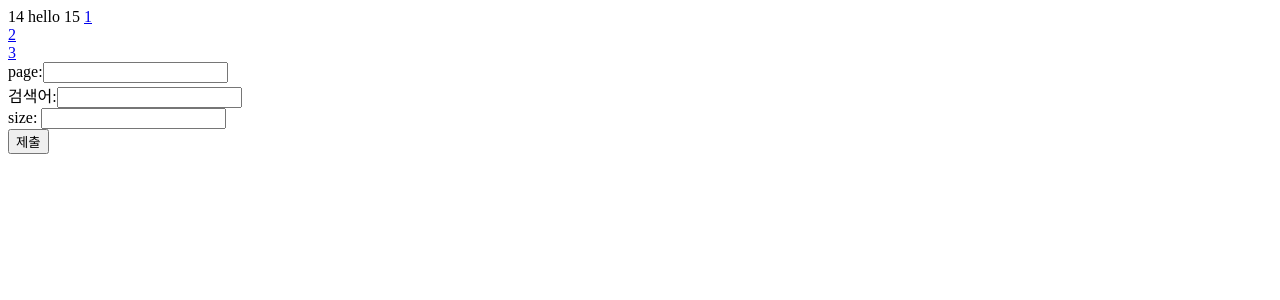
Repository: 12hongkildong/ttest
Page: http://localhost/webPrj/input?p=14&q=hello&s=15
The author's editor kept a copy of each file at every save. The page is drawn from the files as they stood at one save, then again after the next save.
The browser window is 1280 px wide. The pictures show the whole page.
The page is served by Tomcat 10.

Above is the page before, as saved 2023-02-17 08:08:33.

After the next save:
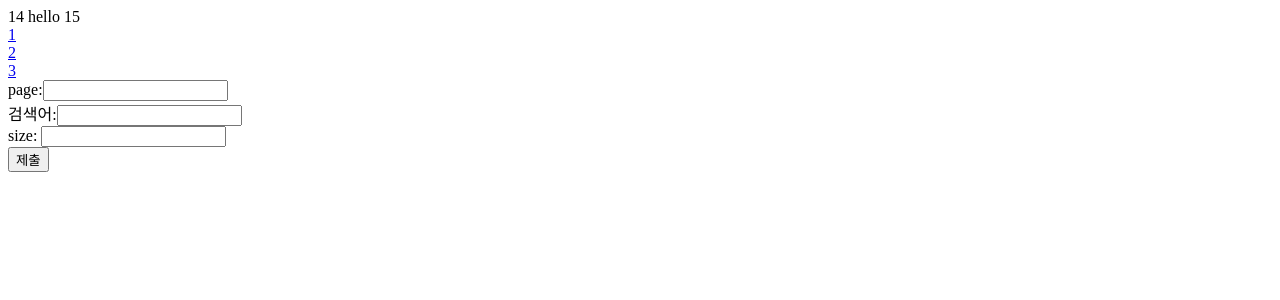
Saved 65 s later.
--- a/workspace/webPrj/src/main/java/com/newlecture/web/InputController.java
+++ b/workspace/webPrj/src/main/java/com/newlecture/web/InputController.java
@@ -42,7 +42,7 @@ public class InputController extends HttpServlet{
 		out.println(page);
 		out.println(q);
 		out.println(s);
-
+		out.write("<br>");
 		// dnldml znjfltmxmfladptj 냨ㄷfmf dlqfur qkerl dnlgks zldnjemfmf dho rnedl ㄴfh gotSkdy? -> rmsid 냐
 		// 위의 쿼리스트림에서 size를 입력 받기 위한 키워드를 왜 굳이 ㄴfh goTSkdy? rmsid 냨ㄷfh gkwl?
 		// 웹의 주소는 원래 1000자 내외의 길이제한이 있다 값을 줄일 수 는 없으니 키워드라도 줄여보자고 했던 것
